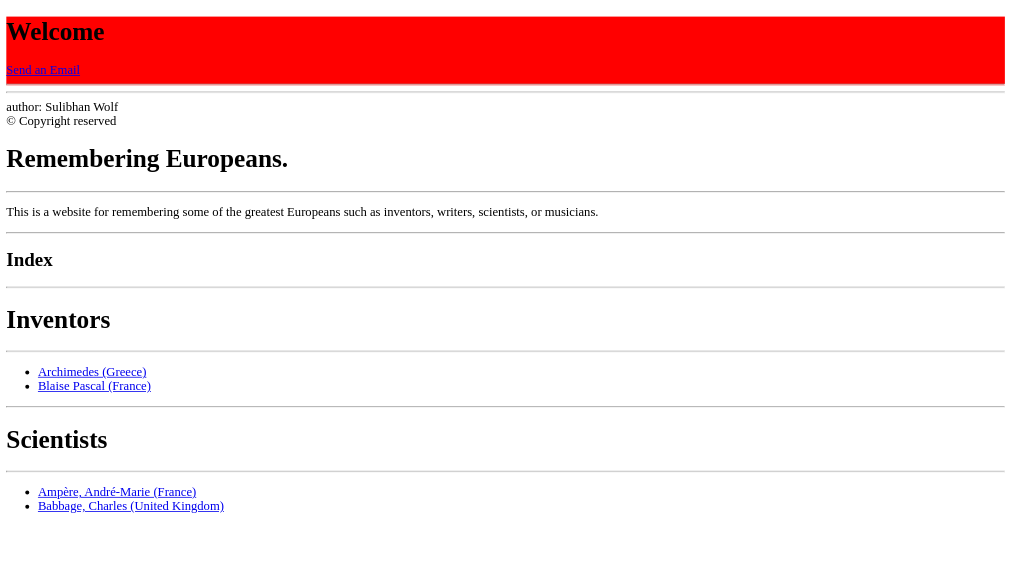
Repository: tomahawk2811/europe-website
Page: index.html
The author's editor kept a copy of each file at every save. The page is drawn from the files as they stood at one save, then again after the next save.
The browser window is 1280 px wide. The pictures show the whole page, at 79% of full size.
Some web fonts or font styles are not loaded; a fallback is used.

Above is the page before, as saved 2023-09-06 17:47:54.

After the next save:
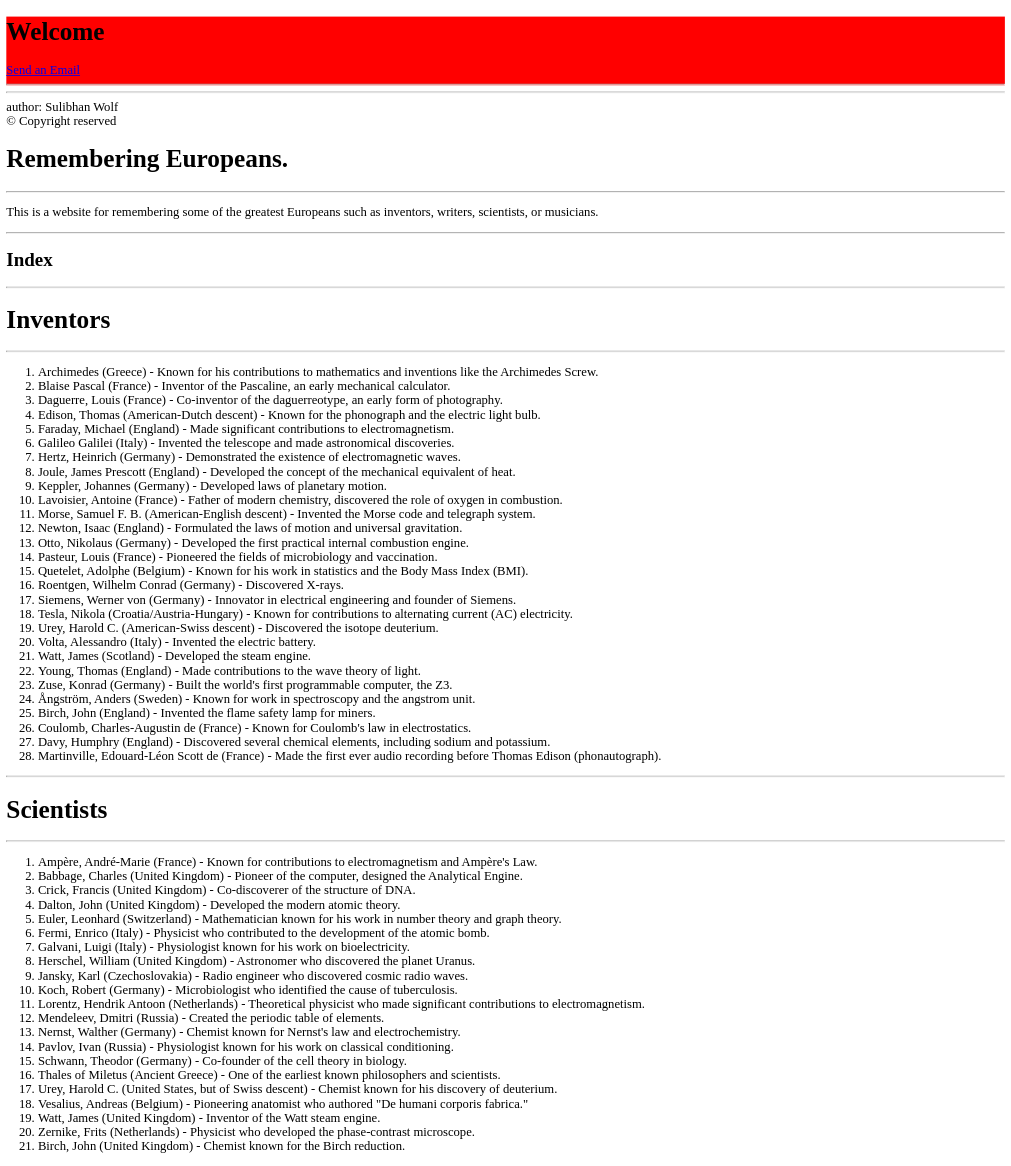
Saved 25 s later.
--- a/index.html
+++ b/index.html
@@ -1,5 +1,5 @@
 <!DOCTYPE html>
-<html lang="en">
+<html lang="eng">
 <head>
     <meta charset="UTF-8">
     <title>Remembering the most popular figures from Europe.</title>
@@ -7,11 +7,6 @@
     <link rel="preconnect" href="https://fonts.gstatic.com" crossorigin>
     <link href="https://fonts.googleapis.com/css2?family=Atkinson+Hyperlegible:ital@1&display=swap" rel="stylesheet">
     <link href="/reportissue.html">
-    <style>
-        .inventor-info {
-            display: none;
-        }
-    </style>
 </head>
 <body>
     <header style="background-color:rgb(255, 0, 0)">
@@ -38,47 +33,63 @@
         <hr>
         <h1>Inventors</h1>
         <hr>
-        <ul id="inventors-list">
-            <li><a href="#" onclick="showInventor('archimedes')">Archimedes (Greece)</a></li>
-            <li><a href="#" onclick="showInventor('blaisePascal')">Blaise Pascal (France)</a></li>
-            <!-- Add more inventor names with their respective onclick events -->
-        </ul>
-
+        <ol>
+                <li>Archimedes (Greece) - Known for his contributions to mathematics and inventions like the Archimedes Screw.</li>
+                <li>Blaise Pascal (France) - Inventor of the Pascaline, an early mechanical calculator.</li>
+                <li>Daguerre, Louis (France) - Co-inventor of the daguerreotype, an early form of photography.</li>
+                <li>Edison, Thomas (American-Dutch descent) - Known for the phonograph and the electric light bulb.</li>
+                <li>Faraday, Michael (England) - Made significant contributions to electromagnetism.</li>
+                <li>Galileo Galilei (Italy) - Invented the telescope and made astronomical discoveries.</li>
+                <li>Hertz, Heinrich (Germany) - Demonstrated the existence of electromagnetic waves.</li>
+                <li>Joule, James Prescott (England) - Developed the concept of the mechanical equivalent of heat.</li>
+                <li>Keppler, Johannes (Germany) - Developed laws of planetary motion.</li>
+                <li>Lavoisier, Antoine (France) - Father of modern chemistry, discovered the role of oxygen in combustion.</li>
+                <li>Morse, Samuel F. B. (American-English descent) - Invented the Morse code and telegraph system.</li>
+                <li>Newton, Isaac (England) - Formulated the laws of motion and universal gravitation.</li>
+                <li>Otto, Nikolaus (Germany) - Developed the first practical internal combustion engine.</li>
+                <li>Pasteur, Louis (France) - Pioneered the fields of microbiology and vaccination.</li>
+                <li>Quetelet, Adolphe (Belgium) - Known for his work in statistics and the Body Mass Index (BMI).</li>
+                <li>Roentgen, Wilhelm Conrad (Germany) - Discovered X-rays.</li>
+                <li>Siemens, Werner von (Germany) - Innovator in electrical engineering and founder of Siemens.</li>
+                <li>Tesla, Nikola (Croatia/Austria-Hungary) - Known for contributions to alternating current (AC) electricity.</li>
+                <li>Urey, Harold C. (American-Swiss descent) - Discovered the isotope deuterium.</li>
+                <li>Volta, Alessandro (Italy) - Invented the electric battery.</li>
+                <li>Watt, James (Scotland) - Developed the steam engine.</li>
+                <li>Young, Thomas (England) - Made contributions to the wave theory of light.</li>
+                <li>Zuse, Konrad (Germany) - Built the world's first programmable computer, the Z3.</li>
+                <li>Ångström, Anders (Sweden) - Known for work in spectroscopy and the angstrom unit.</li>
+                <li>Birch, John (England) - Invented the flame safety lamp for miners.</li>
+                <li>Coulomb, Charles-Augustin de (France) - Known for Coulomb's law in electrostatics.</li>
+                <li>Davy, Humphry (England) - Discovered several chemical elements, including sodium and potassium.</li>
+                <li>Martinville, Edouard-Léon Scott de (France) - Made the first ever audio recording before Thomas Edison (phonautograph).</li>
+            </li>
+        </ol>
         <hr>
         <h1>Scientists</h1>
         <hr>
-        <ul id="scientists-list">
-            <li><a href="#" onclick="showInventor('andreAmpere')">Ampère, André-Marie (France)</a></li>
-            <li><a href="#" onclick="showInventor('charlesBabbage')">Babbage, Charles (United Kingdom)</a></li>
-            <!-- Add more scientist names with their respective onclick events -->
-        </ul>
+        <ol>
+         <li>Ampère, André-Marie (France) - Known for contributions to electromagnetism and Ampère's Law.</li>
+         <li>Babbage, Charles (United Kingdom) - Pioneer of the computer, designed the Analytical Engine.</li>
+         <li>Crick, Francis (United Kingdom) - Co-discoverer of the structure of DNA.</li>
+         <li>Dalton, John (United Kingdom) - Developed the modern atomic theory.</li>
+         <li>Euler, Leonhard (Switzerland) - Mathematician known for his work in number theory and graph theory.</li>
+         <li>Fermi, Enrico (Italy) - Physicist who contributed to the development of the atomic bomb.</li>
+         <li>Galvani, Luigi (Italy) - Physiologist known for his work on bioelectricity.</li>
+         <li>Herschel, William (United Kingdom) - Astronomer who discovered the planet Uranus.</li>
+         <li>Jansky, Karl (Czechoslovakia) - Radio engineer who discovered cosmic radio waves.</li>
+         <li>Koch, Robert (Germany) - Microbiologist who identified the cause of tuberculosis.</li>
+         <li>Lorentz, Hendrik Antoon (Netherlands) - Theoretical physicist who made significant contributions to electromagnetism.</li>
+         <li>Mendeleev, Dmitri (Russia) - Created the periodic table of elements.</li>
+         <li>Nernst, Walther (Germany) - Chemist known for Nernst's law and electrochemistry.</li>
+         <li>Pavlov, Ivan (Russia) - Physiologist known for his work on classical conditioning.</li>
+         <li>Schwann, Theodor (Germany) - Co-founder of the cell theory in biology.</li>
+         <li>Thales of Miletus (Ancient Greece) - One of the earliest known philosophers and scientists.</li>
+         <li>Urey, Harold C. (United States, but of Swiss descent) - Chemist known for his discovery of deuterium.</li>
+         <li>Vesalius, Andreas (Belgium) - Pioneering anatomist who authored "De humani corporis fabrica."</li>
+         <li>Watt, James (United Kingdom) - Inventor of the Watt steam engine.</li>
+         <li>Zernike, Frits (Netherlands) - Physicist who developed the phase-contrast microscope.</li>
+         <li>Birch, John (United Kingdom) - Chemist known for the Birch reduction.</li>
+        </ol>
     </div>
-
-    <div id="inventors-info">
-        <!-- Inventor information will be displayed here -->
-        <div id="archimedes" class="inventor-info">
-            <h2>Archimedes (Greece)</h2>
-            <p>Known for his contributions to mathematics and inventions like the Archimedes Screw.</p>
-        </div>
-        <div id="blaisePascal" class="inventor-info">
-            <h2>Blaise Pascal (France)</h2>
-            <p>Inventor of the Pascaline, an early mechanical calculator.</p>
-        </div>
-        <!-- Add more inventor information divs for each inventor -->
-    </div>
-
-    <script>
-        function showInventor(inventorId) {
-            // Hide all inventor information divs
-            const inventorInfoDivs = document.querySelectorAll('.inventor-info');
-            inventorInfoDivs.forEach(div => {
-                div.style.display = 'none';
-            });
-
-            // Show the selected inventor's information
-            const selectedInventorInfo = document.getElementById(inventorId);
-            selectedInventorInfo.style.display = 'block';
-        }
-    </script>
 </body>
 </html>

After the save that followed:
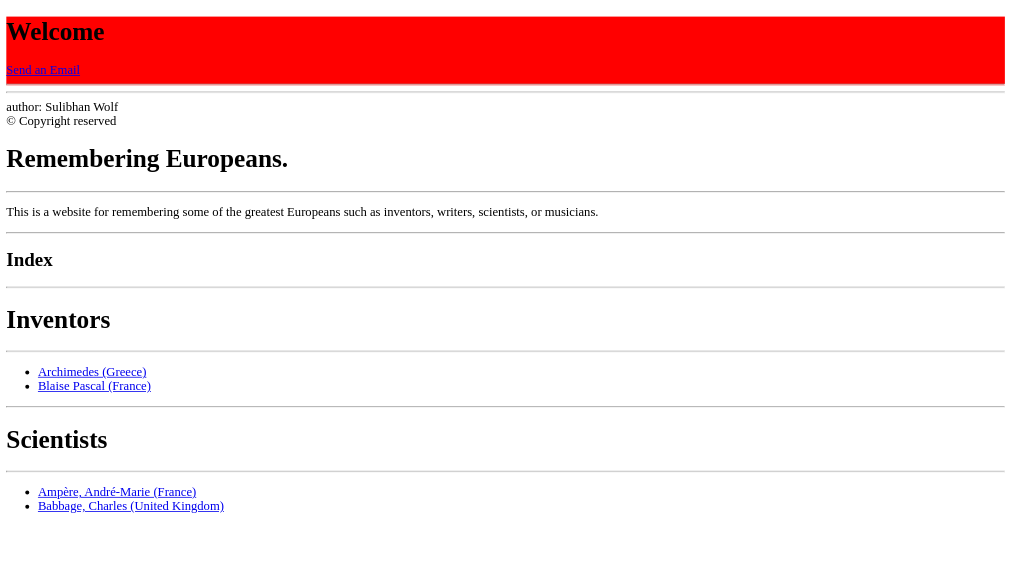
Saved 6 min 15 s later.
--- a/index.html
+++ b/index.html
@@ -1,5 +1,5 @@
 <!DOCTYPE html>
-<html lang="eng">
+<html lang="en">
 <head>
     <meta charset="UTF-8">
     <title>Remembering the most popular figures from Europe.</title>
@@ -7,6 +7,11 @@
     <link rel="preconnect" href="https://fonts.gstatic.com" crossorigin>
     <link href="https://fonts.googleapis.com/css2?family=Atkinson+Hyperlegible:ital@1&display=swap" rel="stylesheet">
     <link href="/reportissue.html">
+    <style>
+        .inventor-info {
+            display: none;
+        }
+    </style>
 </head>
 <body>
     <header style="background-color:rgb(255, 0, 0)">
@@ -33,63 +38,47 @@
         <hr>
         <h1>Inventors</h1>
         <hr>
-        <ol>
-                <li>Archimedes (Greece) - Known for his contributions to mathematics and inventions like the Archimedes Screw.</li>
-                <li>Blaise Pascal (France) - Inventor of the Pascaline, an early mechanical calculator.</li>
-                <li>Daguerre, Louis (France) - Co-inventor of the daguerreotype, an early form of photography.</li>
-                <li>Edison, Thomas (American-Dutch descent) - Known for the phonograph and the electric light bulb.</li>
-                <li>Faraday, Michael (England) - Made significant contributions to electromagnetism.</li>
-                <li>Galileo Galilei (Italy) - Invented the telescope and made astronomical discoveries.</li>
-                <li>Hertz, Heinrich (Germany) - Demonstrated the existence of electromagnetic waves.</li>
-                <li>Joule, James Prescott (England) - Developed the concept of the mechanical equivalent of heat.</li>
-                <li>Keppler, Johannes (Germany) - Developed laws of planetary motion.</li>
-                <li>Lavoisier, Antoine (France) - Father of modern chemistry, discovered the role of oxygen in combustion.</li>
-                <li>Morse, Samuel F. B. (American-English descent) - Invented the Morse code and telegraph system.</li>
-                <li>Newton, Isaac (England) - Formulated the laws of motion and universal gravitation.</li>
-                <li>Otto, Nikolaus (Germany) - Developed the first practical internal combustion engine.</li>
-                <li>Pasteur, Louis (France) - Pioneered the fields of microbiology and vaccination.</li>
-                <li>Quetelet, Adolphe (Belgium) - Known for his work in statistics and the Body Mass Index (BMI).</li>
-                <li>Roentgen, Wilhelm Conrad (Germany) - Discovered X-rays.</li>
-                <li>Siemens, Werner von (Germany) - Innovator in electrical engineering and founder of Siemens.</li>
-                <li>Tesla, Nikola (Croatia/Austria-Hungary) - Known for contributions to alternating current (AC) electricity.</li>
-                <li>Urey, Harold C. (American-Swiss descent) - Discovered the isotope deuterium.</li>
-                <li>Volta, Alessandro (Italy) - Invented the electric battery.</li>
-                <li>Watt, James (Scotland) - Developed the steam engine.</li>
-                <li>Young, Thomas (England) - Made contributions to the wave theory of light.</li>
-                <li>Zuse, Konrad (Germany) - Built the world's first programmable computer, the Z3.</li>
-                <li>Ångström, Anders (Sweden) - Known for work in spectroscopy and the angstrom unit.</li>
-                <li>Birch, John (England) - Invented the flame safety lamp for miners.</li>
-                <li>Coulomb, Charles-Augustin de (France) - Known for Coulomb's law in electrostatics.</li>
-                <li>Davy, Humphry (England) - Discovered several chemical elements, including sodium and potassium.</li>
-                <li>Martinville, Edouard-Léon Scott de (France) - Made the first ever audio recording before Thomas Edison (phonautograph).</li>
-            </li>
-        </ol>
+        <ul id="inventors-list">
+            <li><a href="#" onclick="showInventor('archimedes')">Archimedes (Greece)</a></li>
+            <li><a href="#" onclick="showInventor('blaisePascal')">Blaise Pascal (France)</a></li>
+            <!-- Add more inventor names with their respective onclick events -->
+        </ul>
+
         <hr>
         <h1>Scientists</h1>
         <hr>
-        <ol>
-         <li>Ampère, André-Marie (France) - Known for contributions to electromagnetism and Ampère's Law.</li>
-         <li>Babbage, Charles (United Kingdom) - Pioneer of the computer, designed the Analytical Engine.</li>
-         <li>Crick, Francis (United Kingdom) - Co-discoverer of the structure of DNA.</li>
-         <li>Dalton, John (United Kingdom) - Developed the modern atomic theory.</li>
-         <li>Euler, Leonhard (Switzerland) - Mathematician known for his work in number theory and graph theory.</li>
-         <li>Fermi, Enrico (Italy) - Physicist who contributed to the development of the atomic bomb.</li>
-         <li>Galvani, Luigi (Italy) - Physiologist known for his work on bioelectricity.</li>
-         <li>Herschel, William (United Kingdom) - Astronomer who discovered the planet Uranus.</li>
-         <li>Jansky, Karl (Czechoslovakia) - Radio engineer who discovered cosmic radio waves.</li>
-         <li>Koch, Robert (Germany) - Microbiologist who identified the cause of tuberculosis.</li>
-         <li>Lorentz, Hendrik Antoon (Netherlands) - Theoretical physicist who made significant contributions to electromagnetism.</li>
-         <li>Mendeleev, Dmitri (Russia) - Created the periodic table of elements.</li>
-         <li>Nernst, Walther (Germany) - Chemist known for Nernst's law and electrochemistry.</li>
-         <li>Pavlov, Ivan (Russia) - Physiologist known for his work on classical conditioning.</li>
-         <li>Schwann, Theodor (Germany) - Co-founder of the cell theory in biology.</li>
-         <li>Thales of Miletus (Ancient Greece) - One of the earliest known philosophers and scientists.</li>
-         <li>Urey, Harold C. (United States, but of Swiss descent) - Chemist known for his discovery of deuterium.</li>
-         <li>Vesalius, Andreas (Belgium) - Pioneering anatomist who authored "De humani corporis fabrica."</li>
-         <li>Watt, James (United Kingdom) - Inventor of the Watt steam engine.</li>
-         <li>Zernike, Frits (Netherlands) - Physicist who developed the phase-contrast microscope.</li>
-         <li>Birch, John (United Kingdom) - Chemist known for the Birch reduction.</li>
-        </ol>
+        <ul id="scientists-list">
+            <li><a href="#" onclick="showInventor('andreAmpere')">Ampère, André-Marie (France)</a></li>
+            <li><a href="#" onclick="showInventor('charlesBabbage')">Babbage, Charles (United Kingdom)</a></li>
+            <!-- Add more scientist names with their respective onclick events -->
+        </ul>
     </div>
+
+    <div id="inventors-info">
+        <!-- Inventor information will be displayed here -->
+        <div id="archimedes" class="inventor-info">
+            <h2>Archimedes (Greece)</h2>
+            <p>Known for his contributions to mathematics and inventions like the Archimedes Screw.</p>
+        </div>
+        <div id="blaisePascal" class="inventor-info">
+            <h2>Blaise Pascal (France)</h2>
+            <p>Inventor of the Pascaline, an early mechanical calculator.</p>
+        </div>
+        <!-- Add more inventor information divs for each inventor -->
+    </div>
+
+    <script>
+        function showInventor(inventorId) {
+            // Hide all inventor information divs
+            const inventorInfoDivs = document.querySelectorAll('.inventor-info');
+            inventorInfoDivs.forEach(div => {
+                div.style.display = 'none';
+            });
+
+            // Show the selected inventor's information
+            const selectedInventorInfo = document.getElementById(inventorId);
+            selectedInventorInfo.style.display = 'block';
+        }
+    </script>
 </body>
 </html>
